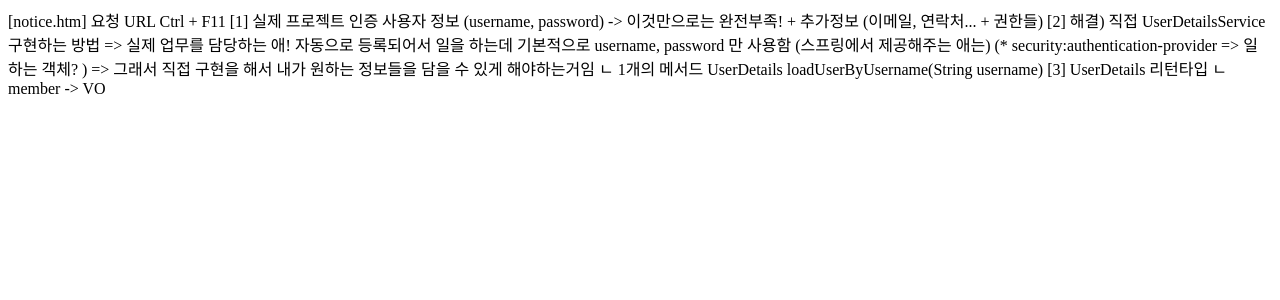
Repository: Vida0822/-
Page: SL11_SECURITY3_USERDETAILSSERVICE/src/main/webapp/customer/notice.htm
The author's editor kept a copy of each file at every save. The page is drawn from the files as they stood at one save, then again after the next save.
The browser window is 1280 px wide. The pictures show the whole page.

Above is the page before, as saved 2023-07-05 02:10:28.

### SL11_SECURITY3_USERDETAILSSERVICE/src/main/webapp/customer/notice.htm
[notice.htm] 요청 URL
Ctrl + F11

[1] 실제 프로젝트
	인증 사용자 정보 (username, password) -> 이것만으로는 완전부족!
	+ 추가정보 (이메일, 연락처... + 권한들)

[2] 해결) 직접 UserDetailsService 구현하는 방법
=> 실제 업무를 담당하는 애! 자동으로 등록되어서 일을 하는데 기본적으로 username, password 만 사용함 (스프링에서 제공해주는 애는)
	(* security:authentication-provider  => 일하는 객체? )
=> 그래서 직접 구현을 해서 내가 원하는 정보들을 담을 수 있게 해야하는거임

	ㄴ 1개의 메서드
		UserDetails loadUserByUsername(String username)

[3] UserDetails 리턴타입
	ㄴ  member -> VO

After the next save:
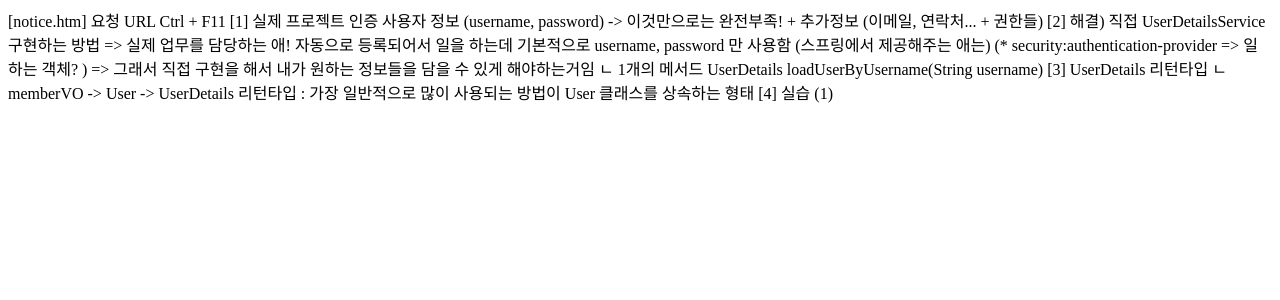
Saved 2 min 30 s later.
--- a/SL11_SECURITY3_USERDETAILSSERVICE/src/main/webapp/customer/notice.htm
+++ b/SL11_SECURITY3_USERDETAILSSERVICE/src/main/webapp/customer/notice.htm
@@ -14,4 +14,8 @@ Ctrl + F11
 		UserDetails loadUserByUsername(String username)
 
 [3] UserDetails 리턴타입
-	ㄴ  member -> VO
+	ㄴ  memberVO -> User -> UserDetails 리턴타입
+	: 가장 일반적으로 많이 사용되는 방법이 User 클래스를 상속하는 형태
+
+[4] 실습
+	(1)
